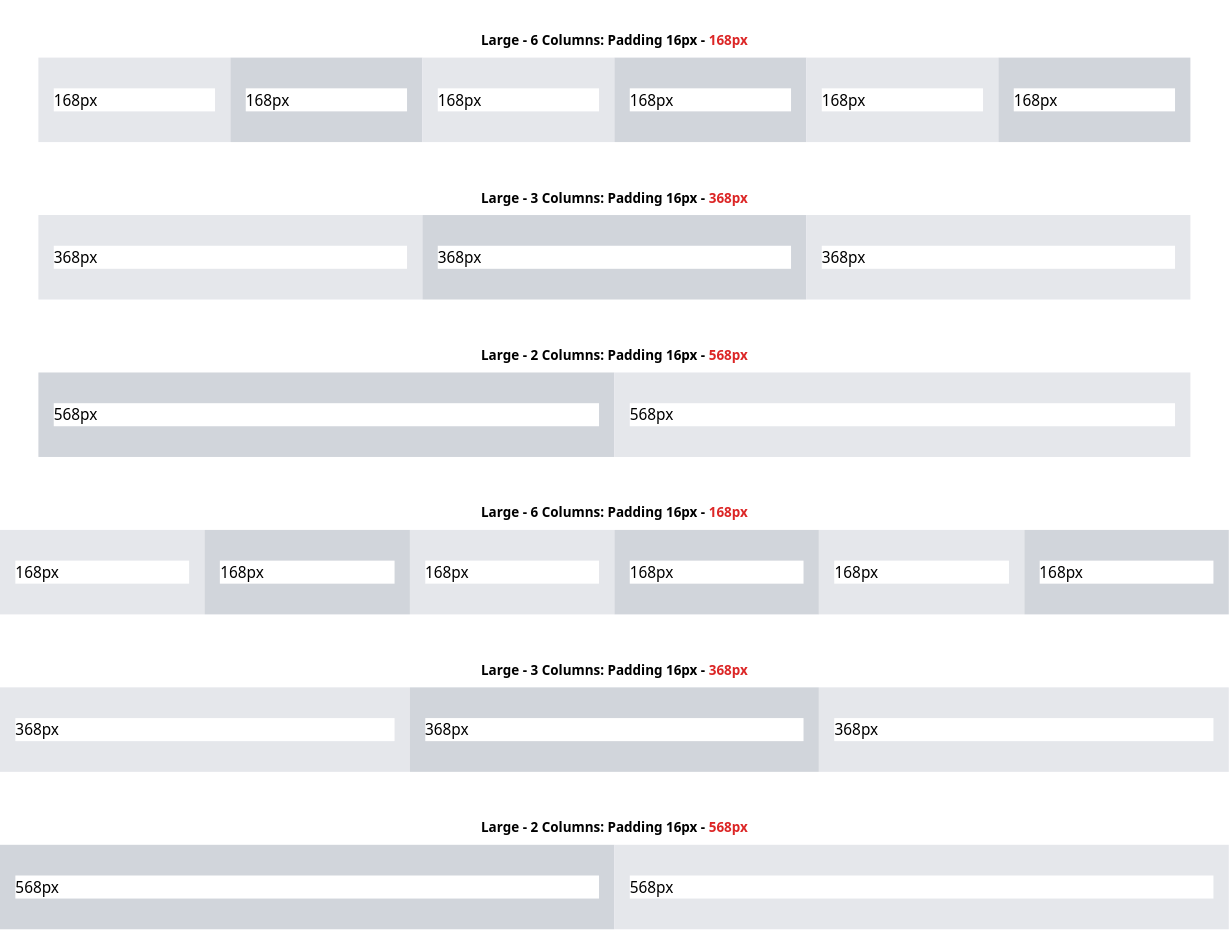
Repository: fabianwurk/vue-tailwind
Page: /
The author's editor kept a copy of each file at every save. The page is drawn from the files as they stood at one save, then again after the next save.
The browser window is 1280 px wide. The pictures show the whole page, at 96% of full size.
The project was rebuilt for these pictures with package versions that can differ from the ones it lists, and the page was loaded fresh each time. Also part of the build but not shown: vite.config.js.

Above is the page before, as saved 2021-03-16 00:23:02.

After the next save:
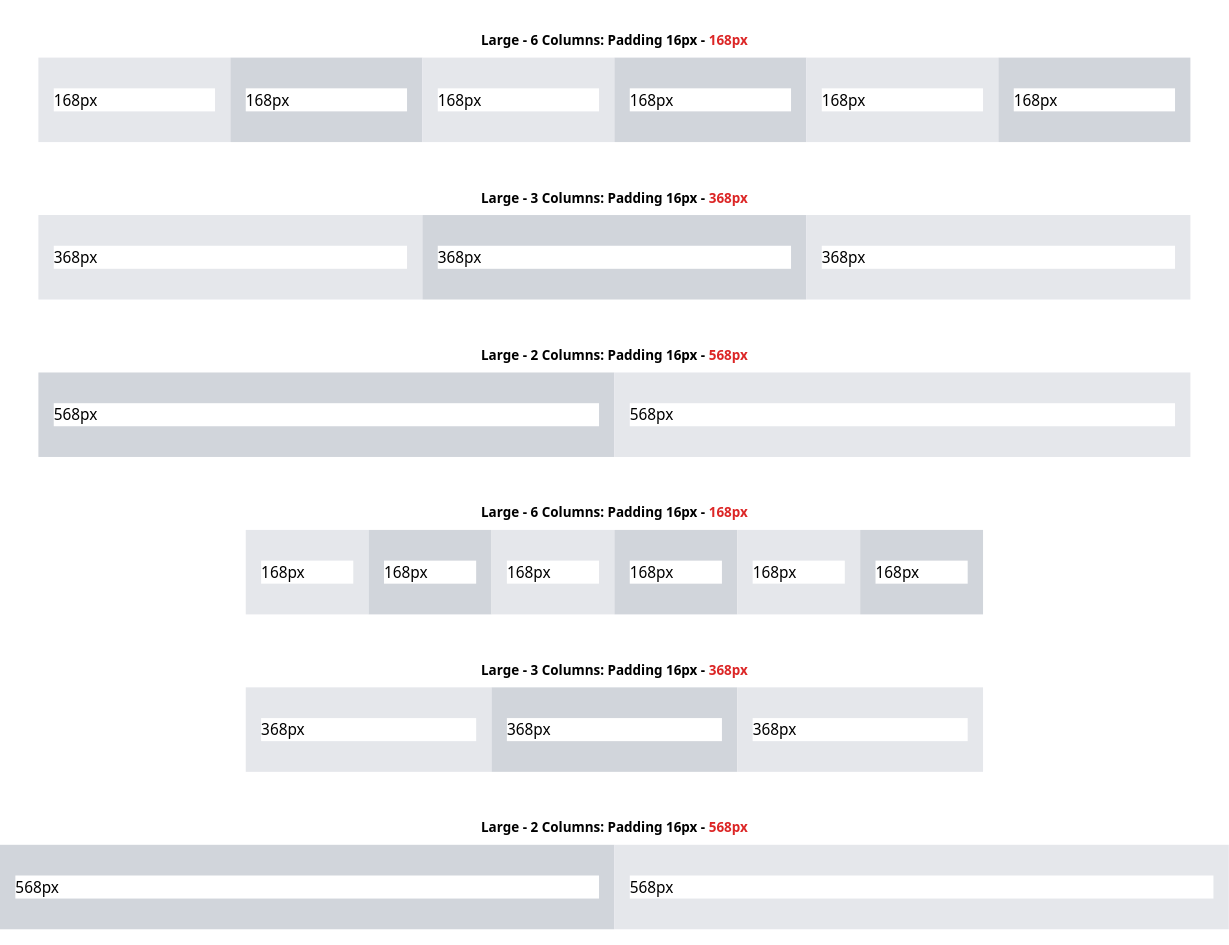
Saved 3 min 50 s later.
--- a/src/components/Medium.vue
+++ b/src/components/Medium.vue
@@ -1,7 +1,7 @@
 <template>
   <div>
 
-  <div class="medium:container mx-auto">
+  <div class="max-w-3xl mx-auto">
     <h2 class="text-sm font-bold mb-2 mt-8 text-center">Large - 6 Columns: Padding 16px - <span class="text-red-600">{{ sixCol }}</span></h2>
     <div class="flex items-center">
       <div class="w-1/6 bg-gray-200 mb-4 mt-0 py-8 px-4">
@@ -25,7 +25,7 @@
     </div>
   </div>
 
-  <div class="medium:container mx-auto">
+  <div class="max-w-3xl mx-auto">
     <h2 class="text-sm font-bold mb-2 mt-8 text-center">Large - 3 Columns: Padding 16px - <span class="text-red-600">{{ threeCol }}</span></h2>
     <div class="flex items-center">
       <div class="w-1/3 bg-gray-200 mb-4 mt-0 py-8 px-4">
